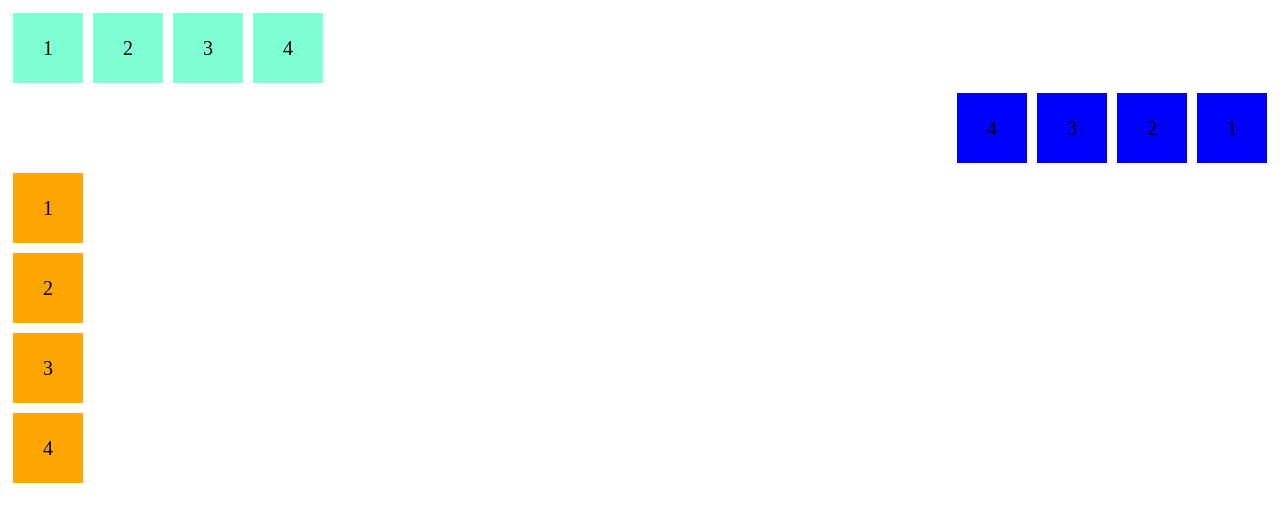
Repository: gabrielbino/projects-dio
Page: flexbox/@flex-direction.html
These files come from the project's save history. The page is drawn as it stood at one moment and after the next save; the edit follows.
The browser window is 1280 px wide. The pictures show the whole page.

Above is the page before, as saved 2021-10-18 11:27:56.

### flexbox/@flex-direction.html
<!DOCTYPE html>
<html lang="en">
  <head>
    <meta charset="UTF-8" />
    <meta name="viewport" content="width=device-width, initial-scale=1.0" />
    <title>Fundamentos - Flex direction</title>
    <style>
      .flexContainer {
        display: flex;
        margin: 0;
        padding: 0;
        list-style: none;
      }
      .flexItem {
        background-color: aquamarine;
        height: 70px;
        width: 70px;
        line-height: 70px;
        font-size: 20px;
        text-align: center;
        margin: 5px;
      }
      .row {
        flex-direction: row;
      }
      .rowReverse {
        flex-direction: row-reverse;
      }
      .rowReverse li {
        background-color: blue;
      }
      .column {
        float: left;
        flex-direction: column;
      }
      .column li {
        background-color: orange;
      }
      .columnReverse {
        float: right;
        flex-direction: column-reverse;
      }
      .columnReverse li {
        background-color: purple;
      }
    </style>
  </head>
  <body>
    <ul class="flexContainer row">
      <li class="flexItem">1</li>
      <li class="flexItem">2</li>
      <li class="flexItem">3</li>
      <li class="flexItem">4</li>
    </ul>
    <ul class="flexContainer rowReverse">
      <li class="flexItem">1</li>
      <li class="flexItem">2</li>
      <li class="flexItem">3</li>
      <li class="flexItem">4</li>
    </ul>
    <ul class="flexContainer column">
      <li class="flexItem">1</li>
      <li class="flexItem">2</li>
      <li class="flexItem">3</li>
      <li class="flexItem">4</li>
    </ul>
  </body>
</html>

After the next save:
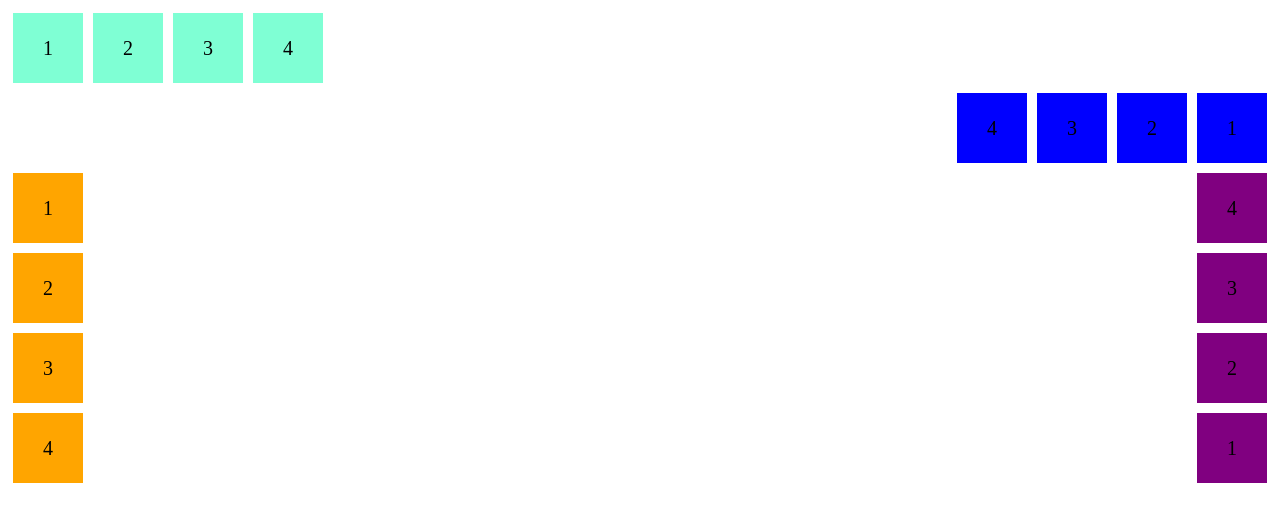
Saved 37 s later.
--- a/flexbox/@flex-direction.html
+++ b/flexbox/@flex-direction.html
@@ -64,5 +64,11 @@
       <li class="flexItem">3</li>
       <li class="flexItem">4</li>
     </ul>
+    <ul class="flexContainer columnReverse">
+      <li class="flexItem">1</li>
+      <li class="flexItem">2</li>
+      <li class="flexItem">3</li>
+      <li class="flexItem">4</li>
+    </ul>
   </body>
 </html>
